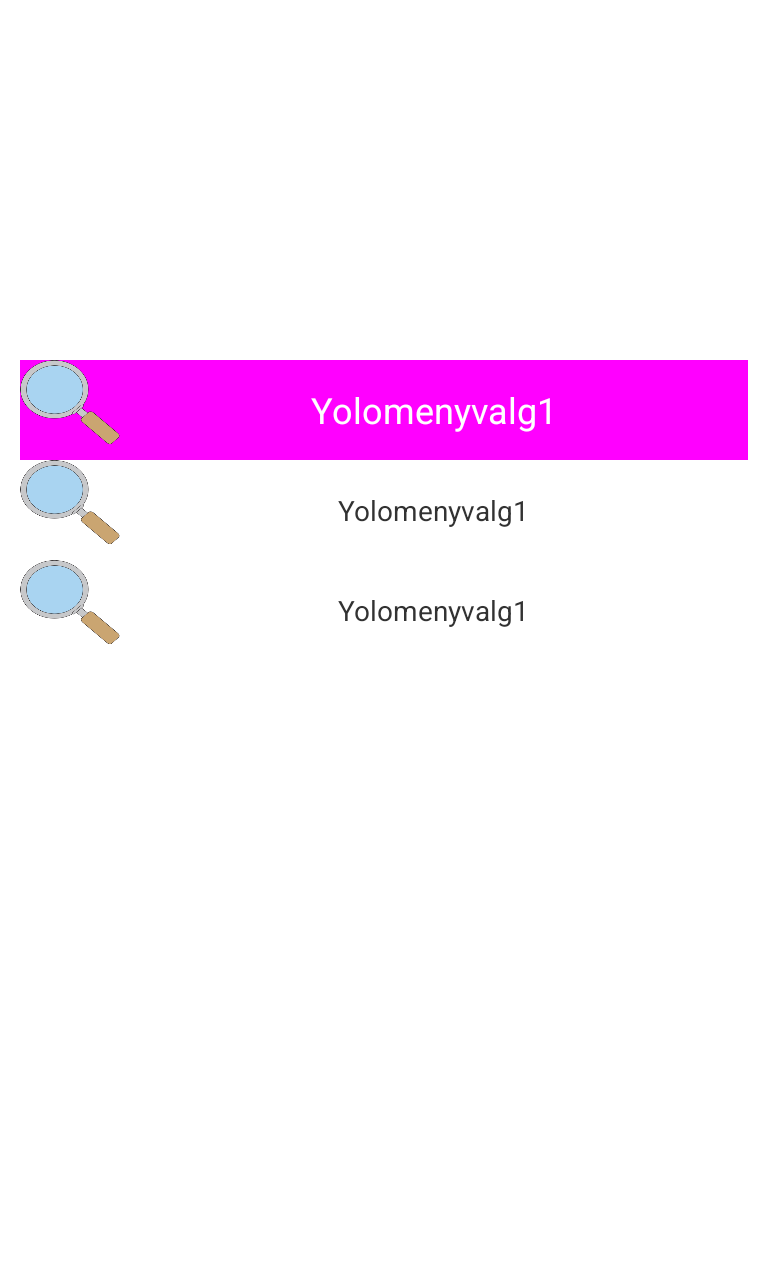
Repository: pumalove/workspace
Layout: MainActivity/res/layout/gridview.xml
These files come from the project's save history. The layout is drawn as it stood at one moment and after the next save; the edit follows.
It is drawn on a 768 x 1280 px phone screen (xhdpi) without system bars, with theme AppTheme; the app's code is not run. Lists and similar views that code fills are empty.

Above is the layout before, as saved 2014-03-17 12:17:37.

### MainActivity/res/layout/gridview.xml
<?xml version="1.0" encoding="utf-8"?>
<LinearLayout xmlns:android="http://schemas.android.com/apk/res/android"
    android:layout_width="match_parent"
    android:layout_height="wrap_content"
    android:orientation="vertical"
    android:padding="10dp">

    <LinearLayout
        android:layout_marginBottom="20dp"
        android:layout_width="fill_parent"
        android:layout_height="wrap_content">

        <GridView
            android:id="@+id/gridview"
            android:layout_width="fill_parent"
            android:layout_height="150dp"
            android:columnWidth="90dp"
            android:numColumns="auto_fit"
            android:verticalSpacing="5dp"
            android:horizontalSpacing="5dp"
            android:stretchMode="columnWidth"
            android:gravity="center"
            />
	</LinearLayout>


    <LinearLayout
        android:id="@+id/linearlayout2"
        android:layout_width="fill_parent"
        android:layout_height="wrap_content"
        android:layout_gravity="center"
        android:orientation="vertical"
        android:layout_below="@id/gridview">

        <LinearLayout
            android:id="@+id/customButton1"
            android:layout_width="fill_parent"
            android:layout_height="wrap_content"
            android:orientation="horizontal"
            android:clickable="true"
            android:background="#FF00FF"
            >

            <ImageView
                android:id="@+id/imageView1"
                android:layout_width="50dp"
                android:layout_height="50dp"
                android:scaleType="centerCrop"
                android:src="@drawable/sample_0" />

			<LinearLayout
			    android:layout_width="fill_parent"
            	android:layout_height="wrap_content"
            	android:gravity="center"
            	android:layout_gravity="center" >
            	<TextView
                	android:layout_width="wrap_content"
                	android:layout_height="wrap_content"
                	android:layout_gravity="center"
                	android:text="Yolomenyvalg1"
                	android:textColor="#FFFFFF"
                	android:textSize="18dp"/>
			</LinearLayout>
		</LinearLayout>


        <LinearLayout
            android:id="@+id/customButton2"
            android:layout_width="fill_parent"
            android:layout_height="wrap_content"
            android:orientation="horizontal"
            android:gravity="center"
            android:clickable="true">

            <ImageView
                android:id="@+id/imageView2"
                android:layout_width="50dp"
                android:layout_height="50dp"
                android:scaleType="centerCrop"
                android:src="@drawable/sample_0" />

           <LinearLayout
			    android:layout_width="fill_parent"
            	android:layout_height="wrap_content"
            	android:gravity="center"
            	android:layout_gravity="center" >
            	<TextView
                	android:layout_width="wrap_content"
                	android:layout_height="wrap_content"
                	android:layout_gravity="center"
                	android:text="Yolomenyvalg1"/>
			</LinearLayout>

        </LinearLayout>

        <LinearLayout
            android:id="@+id/customButton3"
            android:layout_width="fill_parent"
            android:layout_height="wrap_content"
            android:orientation="horizontal"
            android:gravity="center"
            android:clickable="true">

            <ImageView
                android:id="@+id/imageView3"
                android:layout_width="50dp"
                android:layout_height="50dp"
                android:scaleType="centerCrop"
                android:src="@drawable/sample_0" />

            <LinearLayout
			    android:layout_width="fill_parent"
            	android:layout_height="wrap_content"
            	android:gravity="center"
            	android:layout_gravity="center" >
            	<TextView
                	android:layout_width="wrap_content"
                	android:layout_height="wrap_content"
                	android:layout_gravity="center"
                	android:text="Yolomenyvalg1"/>
			</LinearLayout>

        </LinearLayout>
    </LinearLayout>



</LinearLayout>

Loaded but not shown: MainActivity/res/values/styles.xml (common file); MainActivity/res/values-v11/styles.xml (common file); MainActivity/res/values-v14/styles.xml (common file)

After the next save:
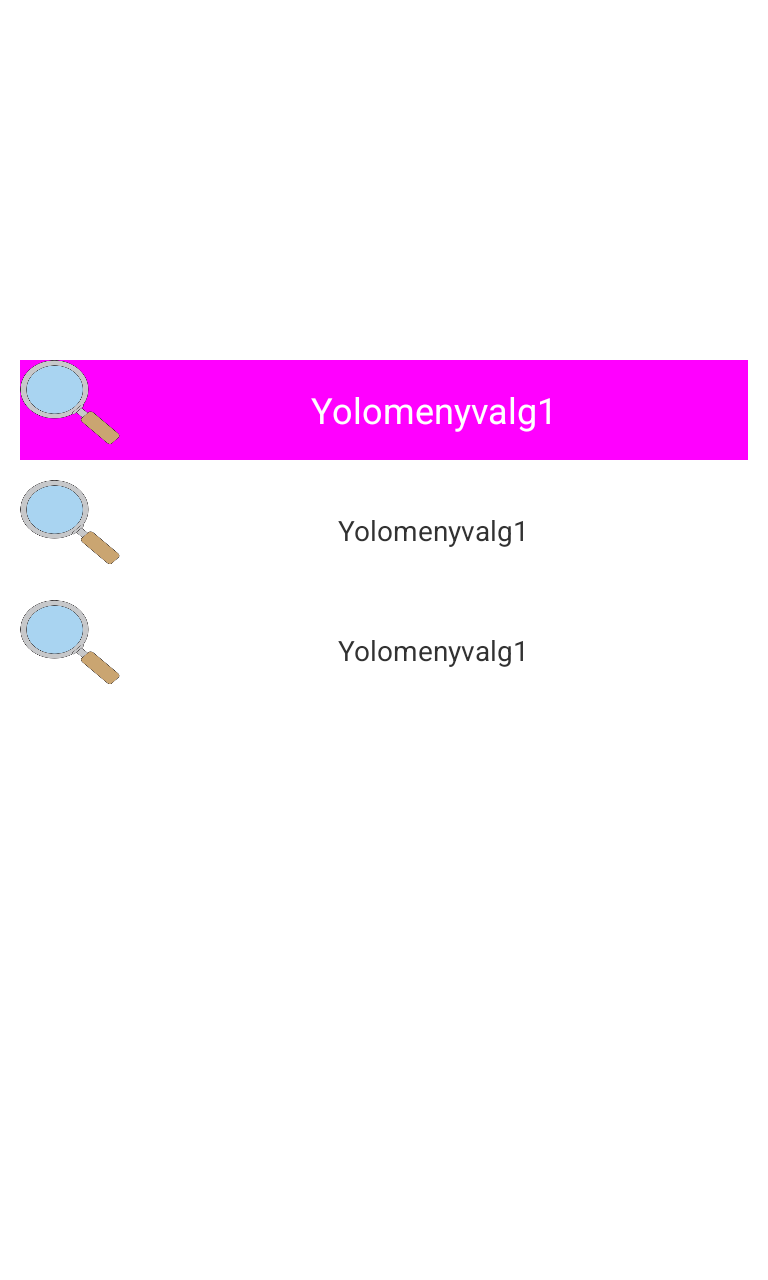
Saved 29 min 47 s later.
--- a/MainActivity/res/layout/gridview.xml
+++ b/MainActivity/res/layout/gridview.xml
@@ -36,6 +36,7 @@
             android:id="@+id/customButton1"
             android:layout_width="fill_parent"
             android:layout_height="wrap_content"
+            android:layout_marginBottom="10dp"
             android:orientation="horizontal"
             android:clickable="true"
             android:background="#FF00FF"
@@ -68,6 +69,7 @@
             android:id="@+id/customButton2"
             android:layout_width="fill_parent"
             android:layout_height="wrap_content"
+            android:layout_marginBottom="10dp"
             android:orientation="horizontal"
             android:gravity="center"
             android:clickable="true">
@@ -97,6 +99,7 @@
             android:id="@+id/customButton3"
             android:layout_width="fill_parent"
             android:layout_height="wrap_content"
+            android:layout_marginBottom="10dp"
             android:orientation="horizontal"
             android:gravity="center"
             android:clickable="true">
